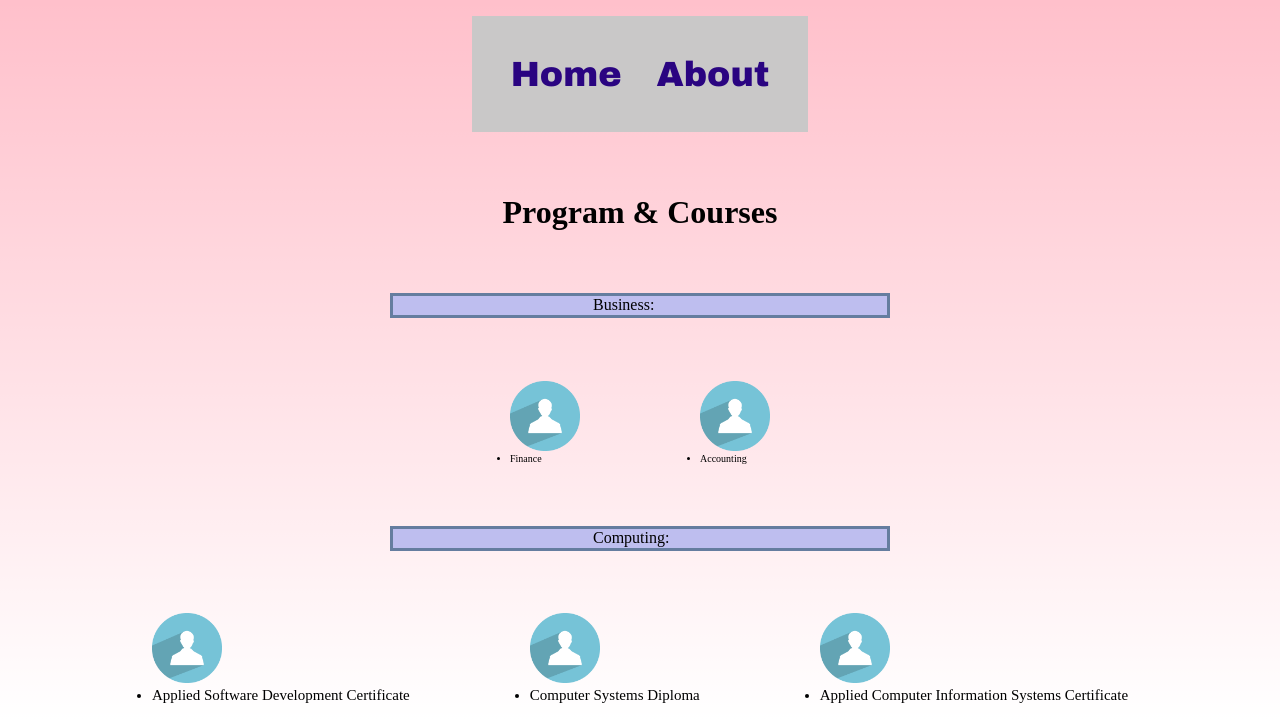
Repository: anoncoderin/madhu-assignment3
Page: /
The author's editor kept a copy of each file at every save. The page is drawn from the files as they stood at one save, then again after a run of saves.
The browser window is 1280 px wide. The pictures show the whole page.
The project was rebuilt for these pictures with package versions that can differ from the ones it lists, and the page was loaded fresh each time. The framework's server and built-in components were replaced by stand-ins that run in the browser. Also part of the build but not shown: next.config.js, components/Card/Card.module.css.

Above is the page before, as saved 2023-01-22 22:45:28.

After the next 2 saves:
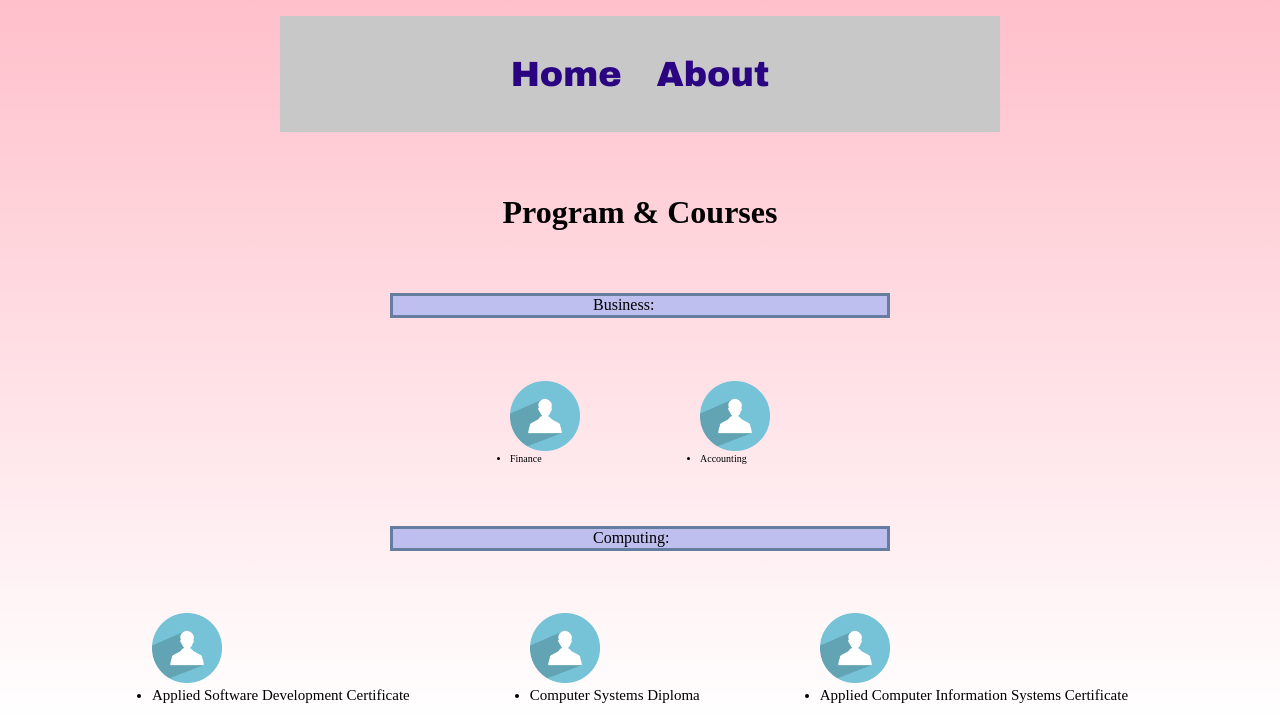
The 2 saves are shown as one change because they came seconds apart.
The last was saved 7 s later.
--- a/styles/Home.module.css
+++ b/styles/Home.module.css
@@ -25,7 +25,7 @@
   font-size: 35px;
   margin: 45;
   font-family: arial black;
-  width: ;
+  width: 100vh;
 }
 
 
